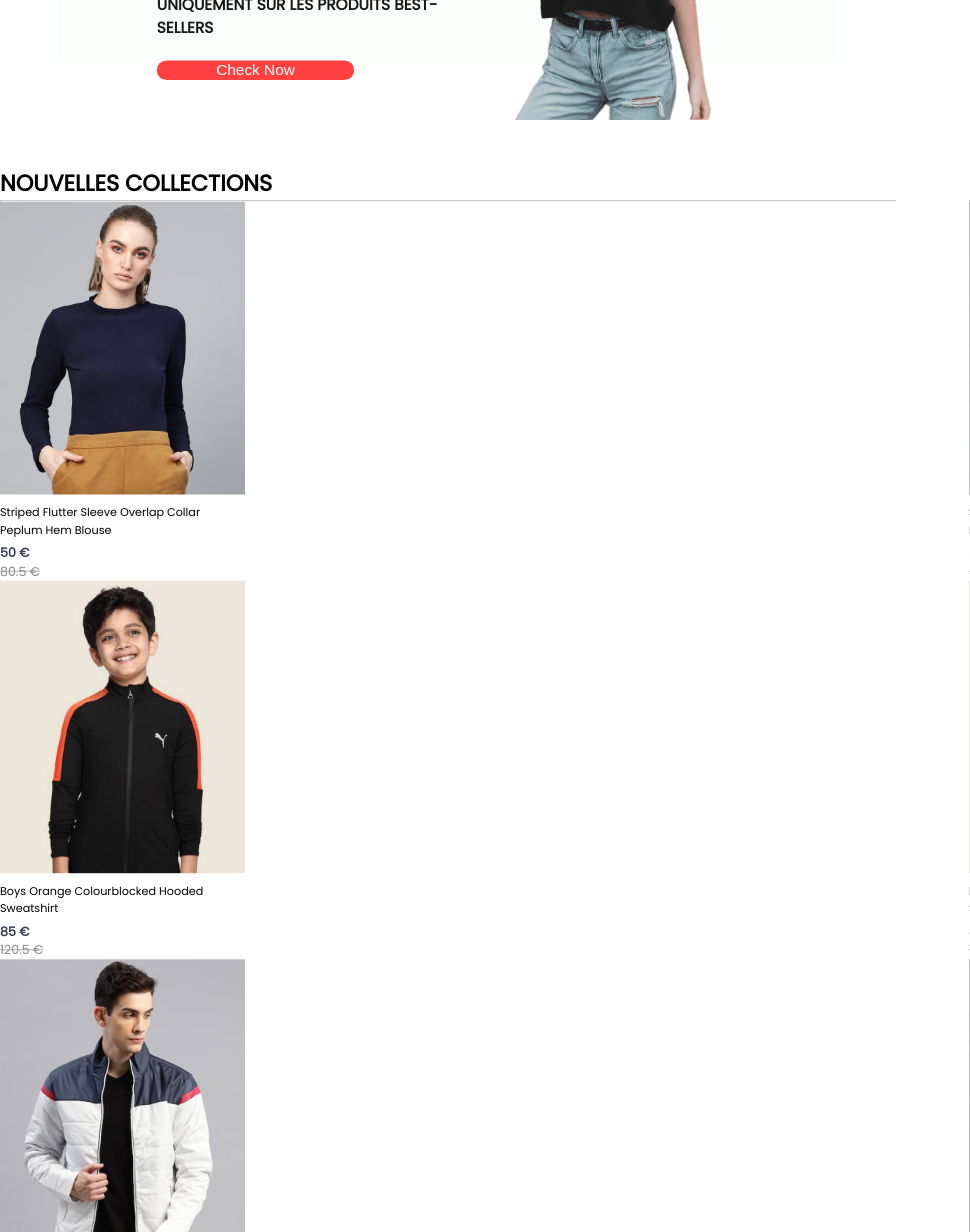
Repository: Flora-J/frontend
Page: /
These files come from the project's save history. The page is drawn as it stood at one moment and after the next save; the edit follows.
The browser window is 1280 px wide. The page is 1385 px wide, so the pictures cover 1385 px, including what lies to the right of the window. The pictures show the part of the page from y = 1808 to 3568 px (the page is 6425 px tall before and 6445 px after), at 70% of full size.
The project was rebuilt for these pictures with package versions that can differ from the ones it lists, and the page was loaded fresh each time. Also part of the build but not shown: src/App.css, src/pages/ShopCategory.jsx, src/pages/Product.jsx, src/pages/Cart.jsx, src/pages/LoginSignup.jsx.

Above is the page before, as saved 2023-11-24 11:36:29.

After the next save:
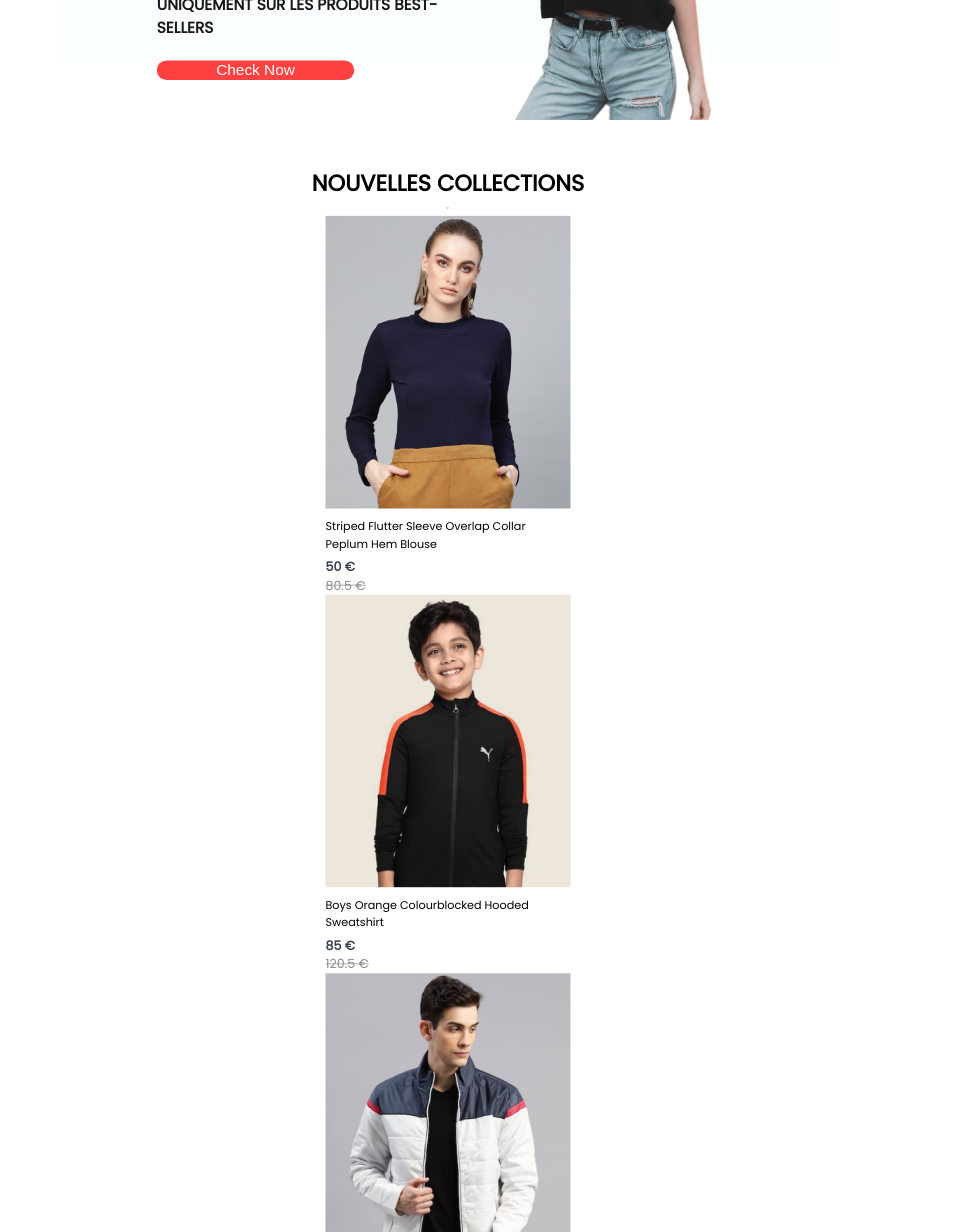
Saved 2 min 15 s later.
--- a/src/components/NewCollections/NewCollections.css
+++ b/src/components/NewCollections/NewCollections.css
@@ -2,7 +2,7 @@
 
 .collections {}
 
-.popular {
+.new-collections {
   display: flex;
   flex-direction: column;
   align-items: center;
